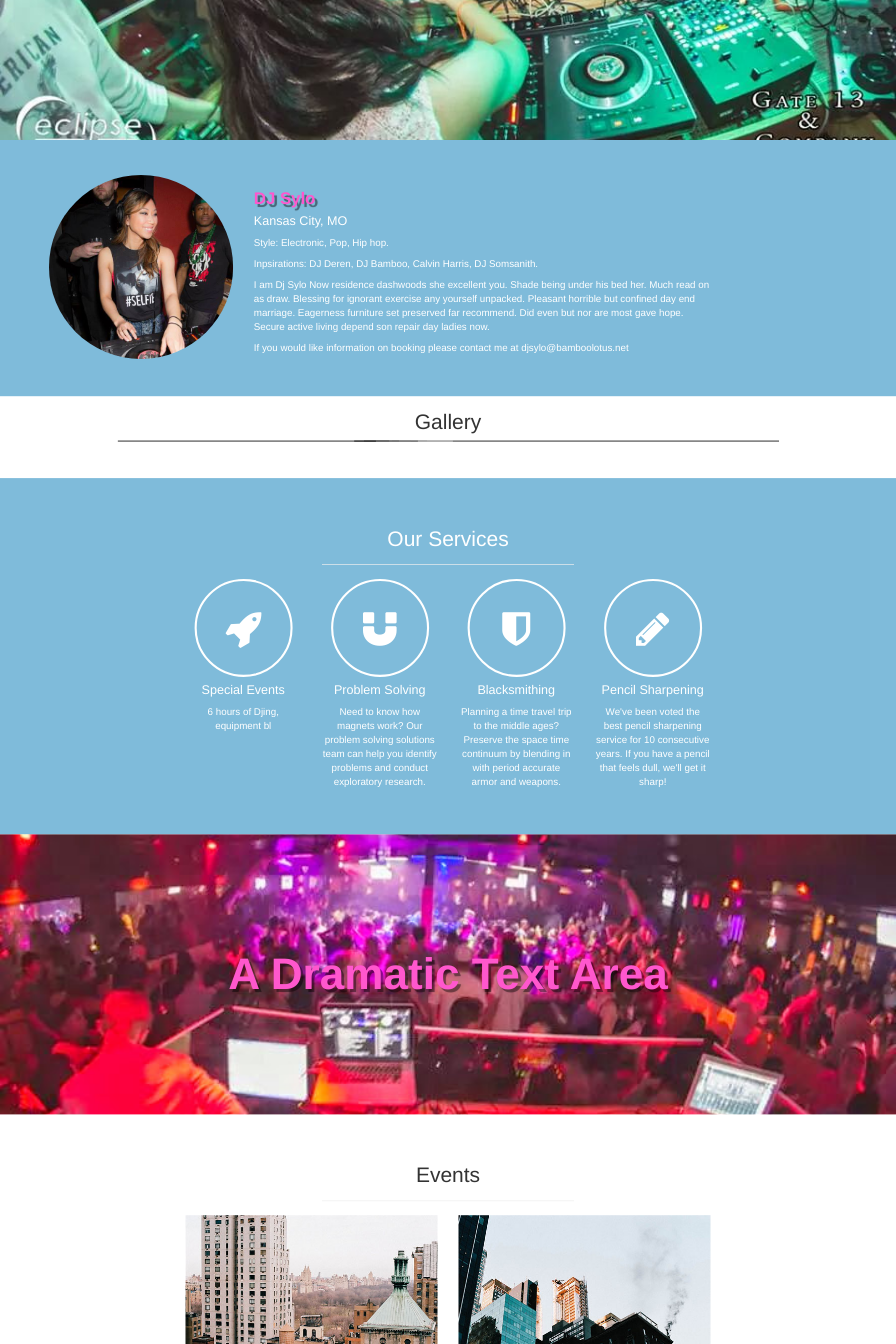
Repository: BambooXLotus/DjSylo
Page: client/index.html
The author's editor kept a record of every edit. The page is drawn from the files as they stood at one moment, then again after the next edit.
The browser window is 1280 px wide. The pictures show the part of the page from y = 520 to 2440 px (the page is 3924 px tall before and 3992 px after), at 70% of full size.
Some icons come from a web library that is not loaded, so they are not drawn. Backgrounds fixed to the window are drawn as part of the page. Some web libraries are served in a nearby version.

Above is the page before.

After the next edit:
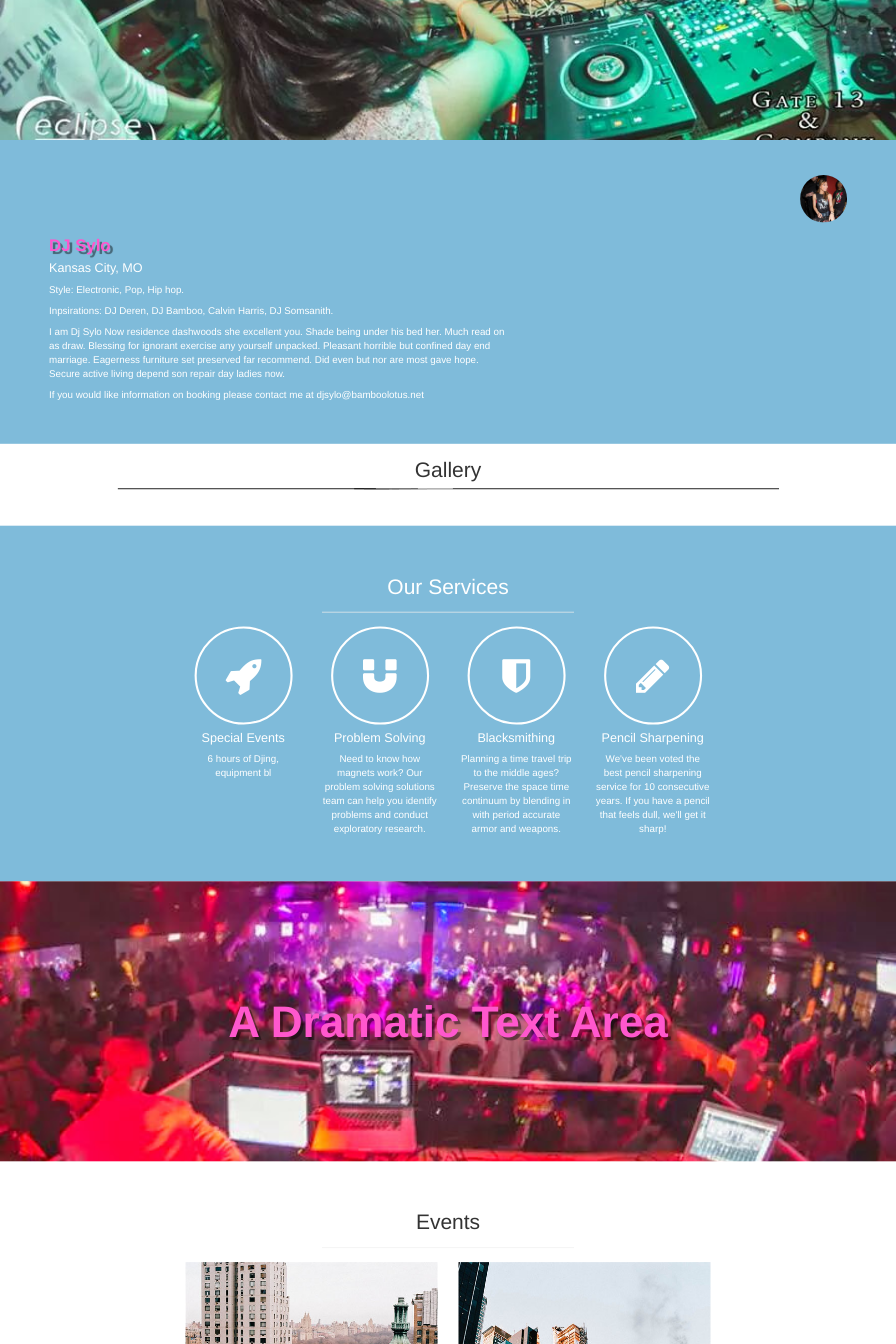
The edit:
--- a/client/index.html
+++ b/client/index.html
@@ -74,7 +74,7 @@
     <div id="about" class="about">
         <div class="container">
                 <div class="row">
-                    <div class="col-md-3">
+                    <div class="col-lg-1 col-md-offset-11">
                         <img class="img-circle img-responsive" src="img/portrait-sm.jpg">
                     </div>
                     <div class="col-md-7 col-xs-12">
